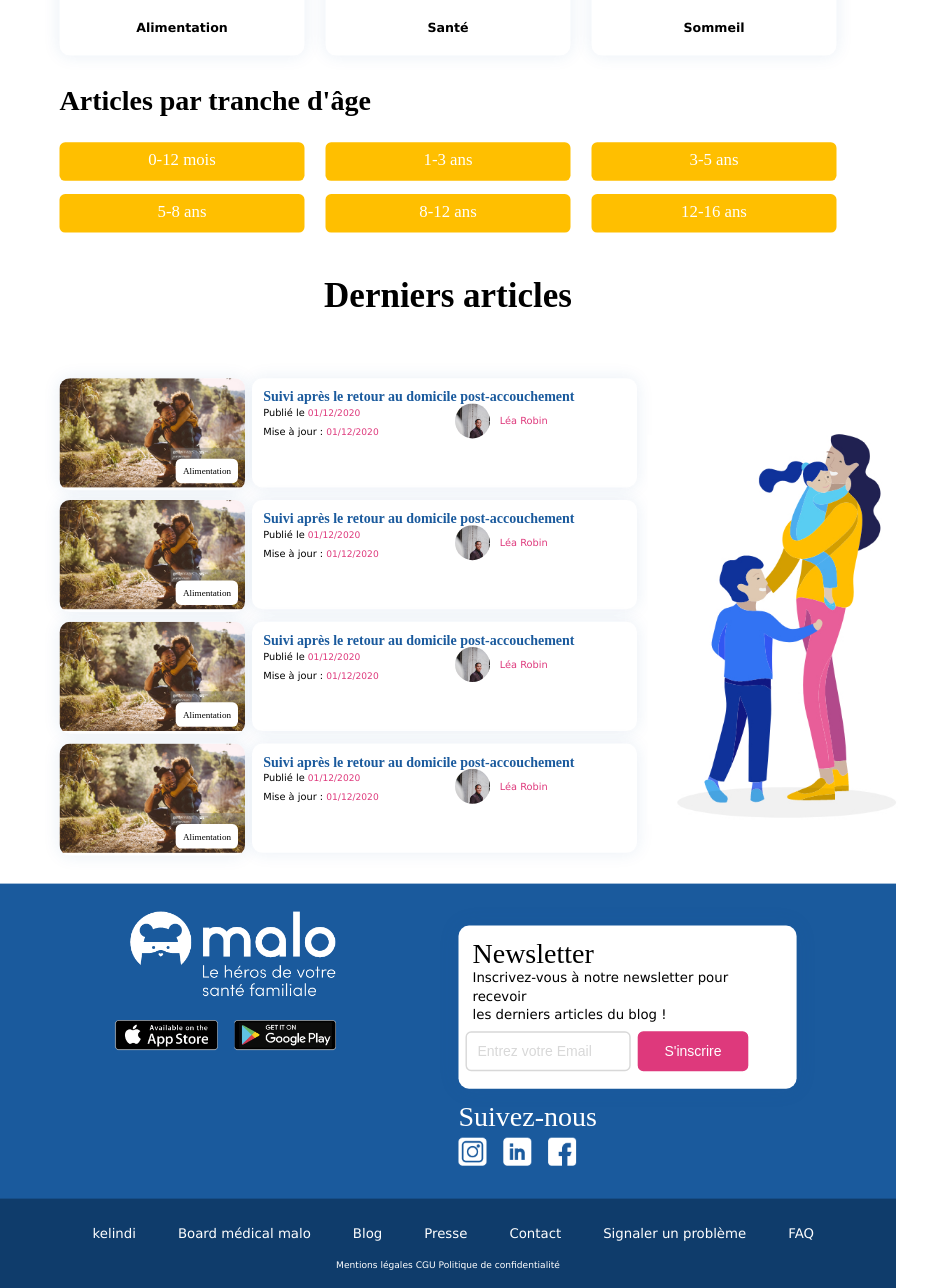
Repository: carbone-dev/keli-malo
Page: blog.html
These files come from the project's save history. The page is drawn as it stood at one moment and after the next save; the edit follows.
The browser window is 1280 px wide. The page is 1342 px wide, so the pictures cover 1342 px, including what lies to the right of the window. The pictures show the part of the page from y = 816 to 2656 px (the page is 2656 px tall before and 2078 px after), at 70% of full size.

Above is the page before, as saved 2020-12-09 16:28:20.

After the next save:
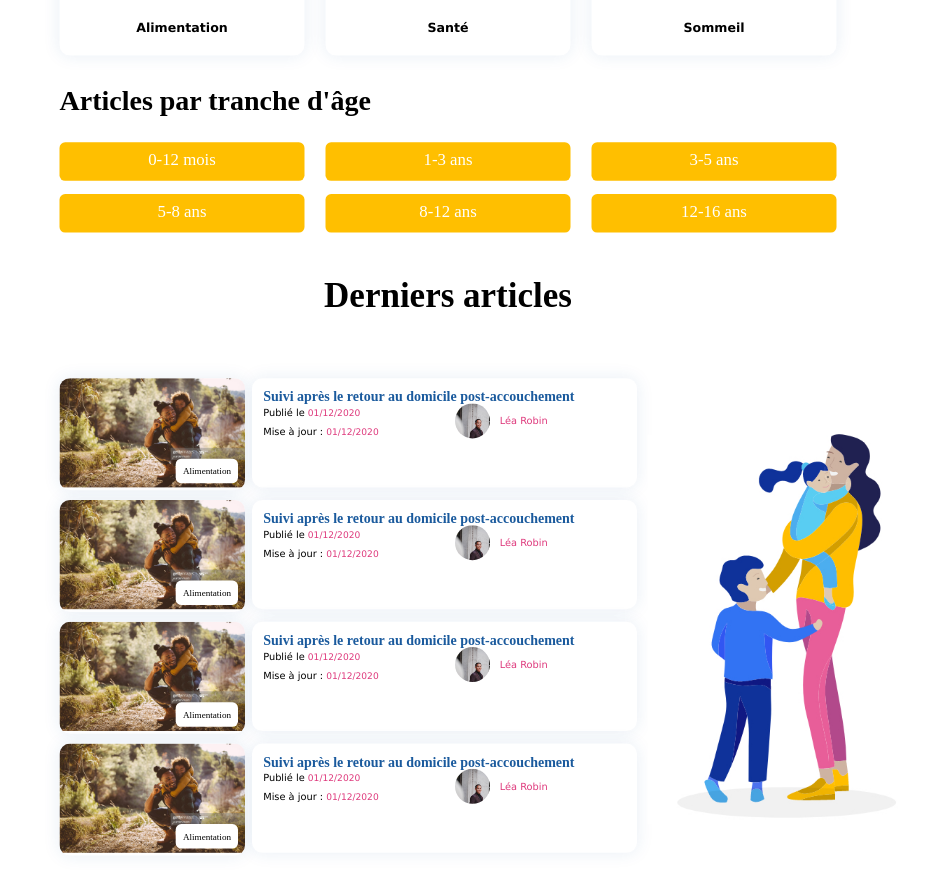
Saved 59 s later.
--- a/blog.html
+++ b/blog.html
@@ -277,7 +277,7 @@
     </div>
 
 
-    <div class="footer mt-10">
+    <!-- <div class="footer mt-10">
         <div class="logo-popup row center-p">
             <div class="logo-boutton center col-md-6">
                 <img src="img/logo-footer.png" width="50%"><br>
@@ -318,7 +318,7 @@
             </ul>
             <p><span>Mentions légales CGU Politique de confidentialité</span></p>
         </div>
-    </div>
+    </div> -->
 </body>
 
 </html>

After the save that followed:
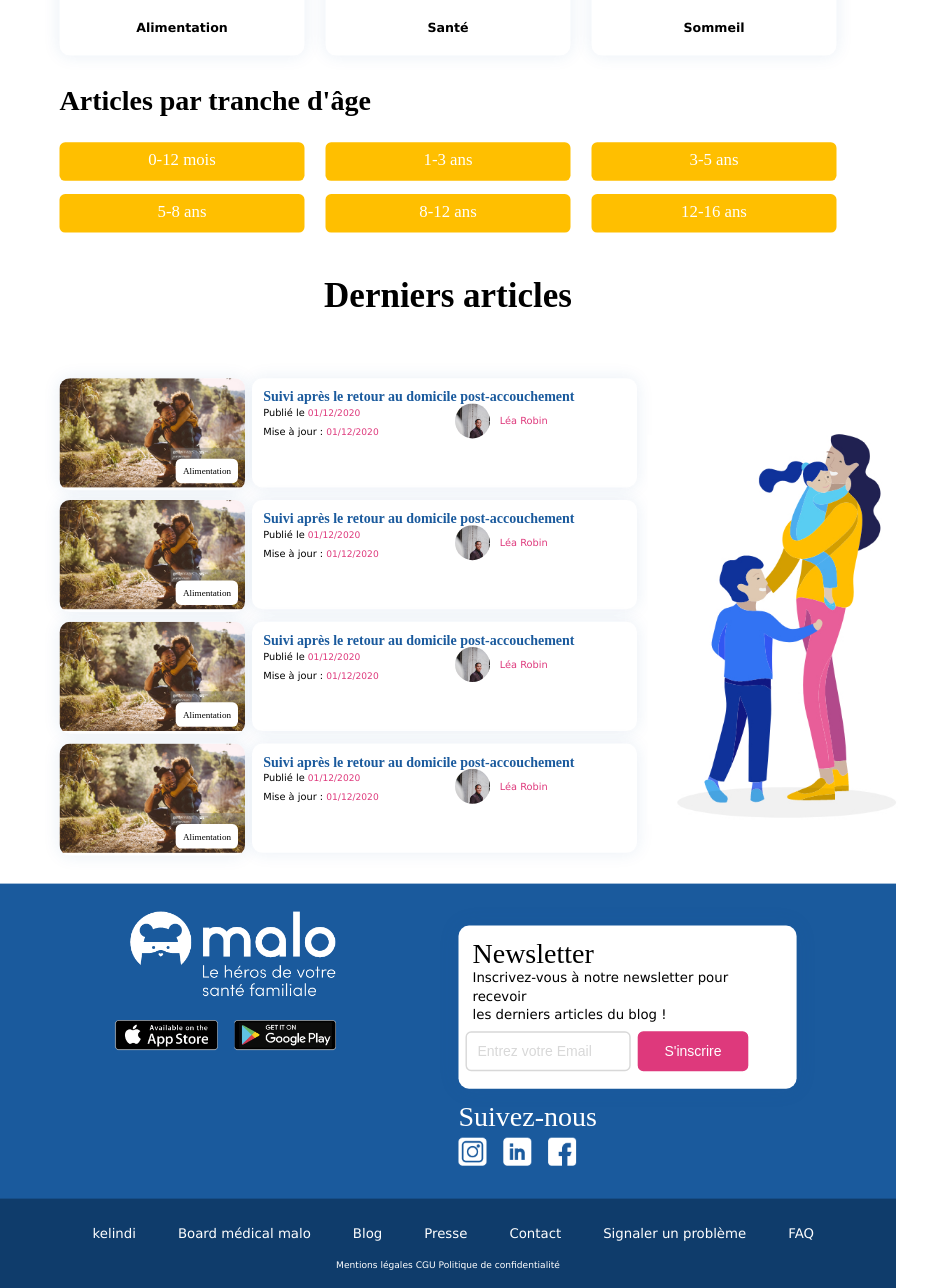
Saved 19 s later.
--- a/blog.html
+++ b/blog.html
@@ -277,7 +277,7 @@
     </div>
 
 
-    <!-- <div class="footer mt-10">
+    <div class="footer mt-10">
         <div class="logo-popup row center-p">
             <div class="logo-boutton center col-md-6">
                 <img src="img/logo-footer.png" width="50%"><br>
@@ -318,7 +318,7 @@
             </ul>
             <p><span>Mentions légales CGU Politique de confidentialité</span></p>
         </div>
-    </div> -->
+    </div>
 </body>
 
 </html>
